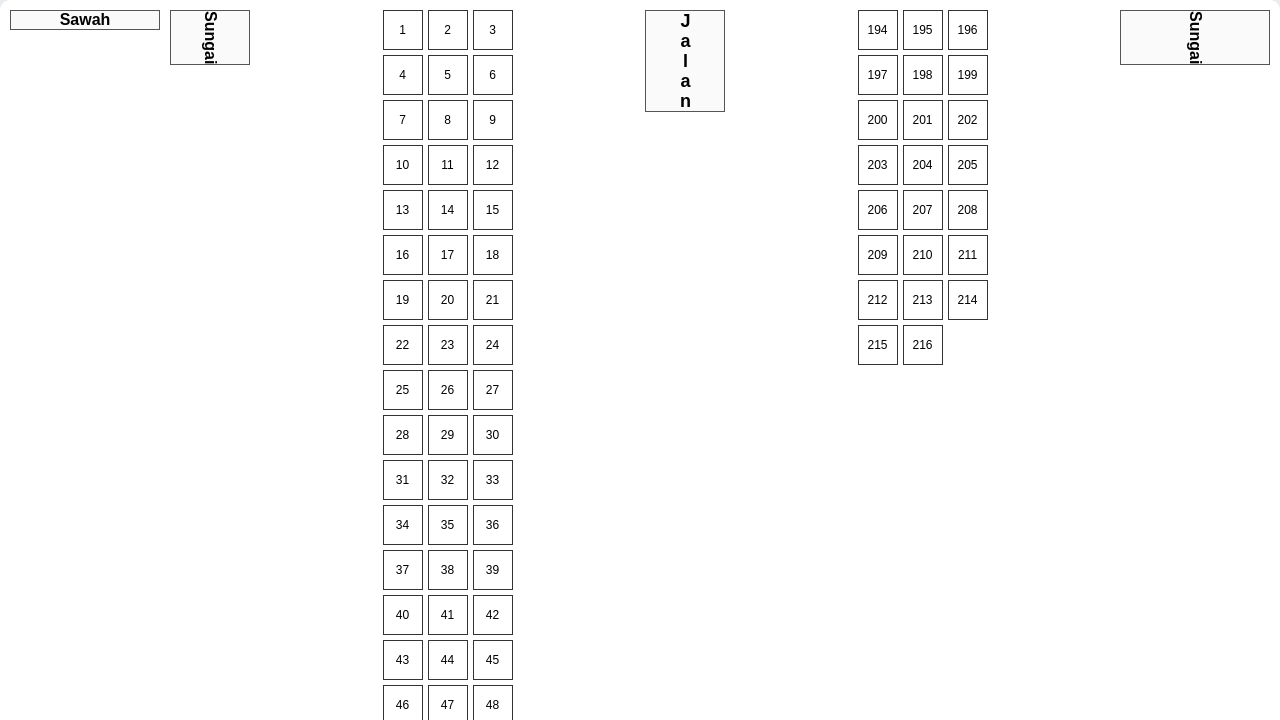
Repository: pasarrakyatbak/denah
Page: index.html
The author's editor kept a copy of each file at every save. The page is drawn from the files as they stood at one save, then again after the next save.
The browser window is 1280 px wide. The pictures show the whole page.

Above is the page before, as saved 2025-09-19 07:36:50.

After the next save:
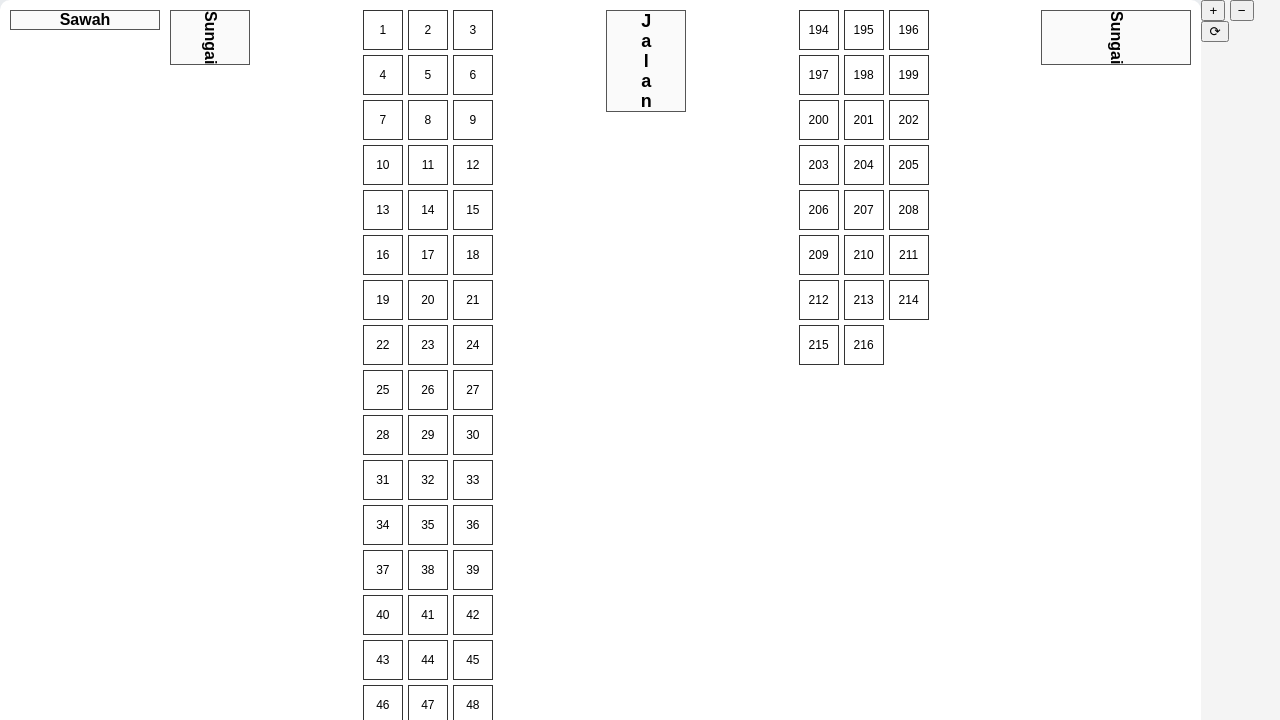
Saved 16 s later.
--- a/index.html
+++ b/index.html
@@ -30,6 +30,13 @@
         </div>
     </div>
 
+    <!-- Kontrol Zoom -->
+    <div class="zoom-controls">
+        <button id="zoom-in">+</button>
+        <button id="zoom-out">−</button>
+        <button id="zoom-reset">⟳</button>
+    </div>
+
     <!-- Modal Detail -->
     <div id="modal" class="modal">
         <div class="modal-content">
